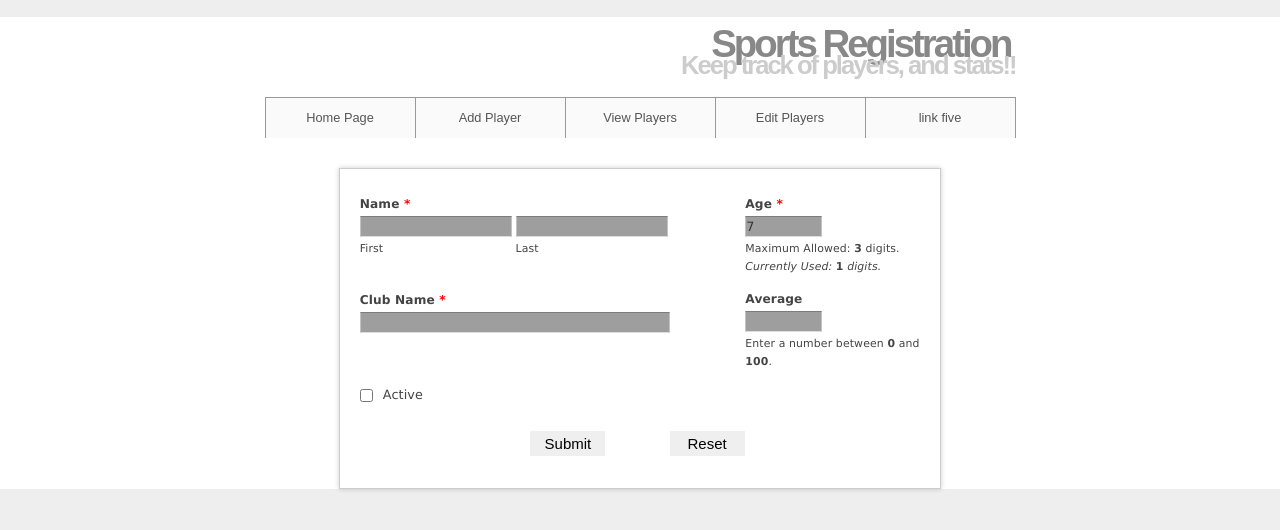
Repository: TrentonAsbury/PHP_FinalProject_Database
Page: http://localhost/addperson.php
These files come from the project's save history. The page is drawn as it stood at one moment and after the next save; the edit follows.
The browser window is 1280 px wide. The pictures show the whole page.
Pictures or frames that could not be fetched are drawn as grey boxes. The page is run by PHP 8.4 with error messages shown; the project is at /var/www/html/.

Above is the page before, as saved 2017-04-15 11:13:48.

After the next save:
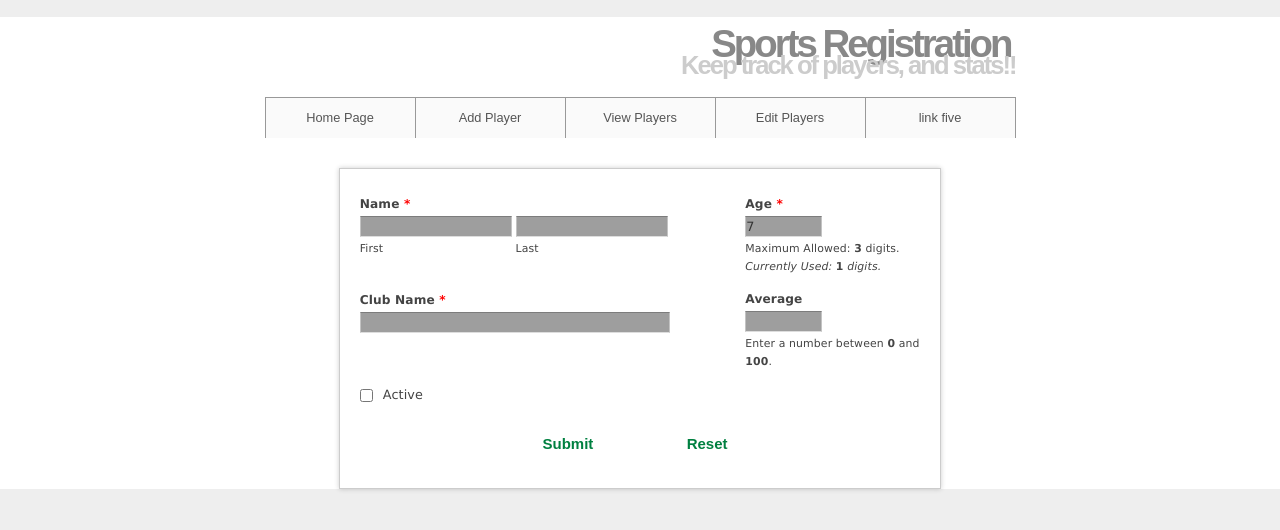
Saved 26 s later.
--- a/FinalProj/css/style.css
+++ b/FinalProj/css/style.css
@@ -106,12 +106,12 @@ footer {
 	font-weight: bold;
 	color: #C00
 }
-/*
+
 input, select, .input {
 	padding: 5px;
 	font-weight: bold;
 	font-size: 1em;
 	color: #008040;
 	background: #FFFFFF;
-	border:1px dotted #004080;
-}*/
+	//border:1px dotted #004080;
+}
